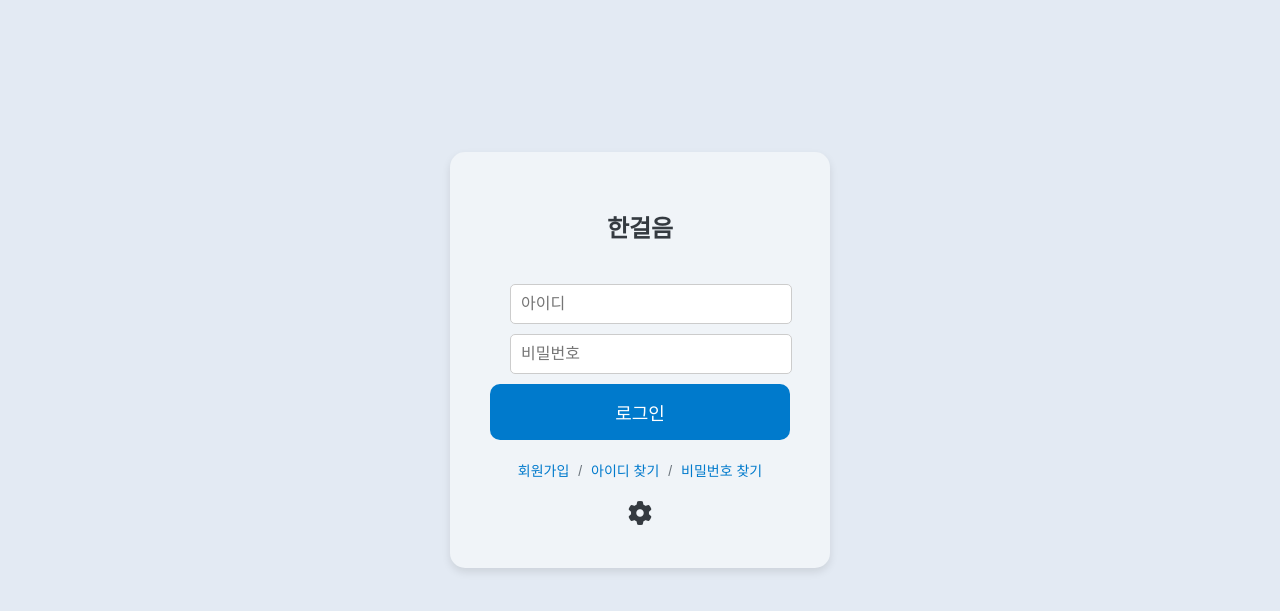
Repository: step-by-steps/step_by_steps_web
Page: http://localhost/login
The author's editor kept a copy of each file at every save. The page is drawn from the files as they stood at one save, then again after a run of saves.
The browser window is 1280 px wide. The pictures show the whole page.
The page is served by the project's application, run on Flask 3 (main.py).

Above is the page before, as saved 2024-08-07 18:33:20.

After the next 2 saves:
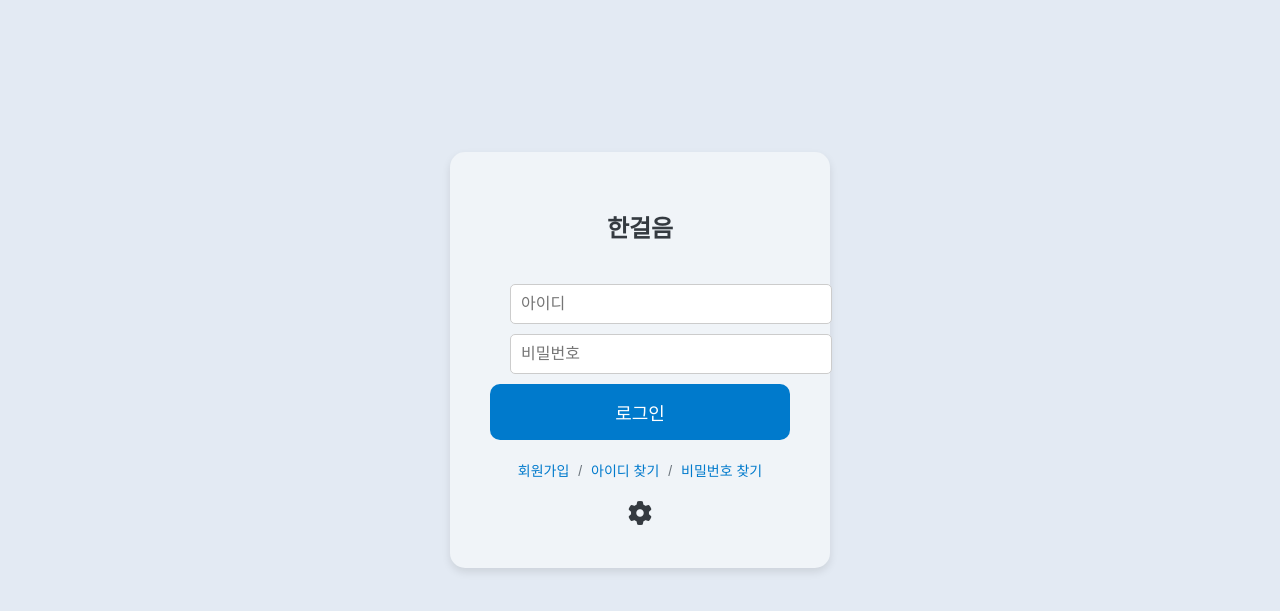
The 2 saves are shown as one change because they came seconds apart.
The last was saved 114 s later.
--- a/static/css/style.css
+++ b/static/css/style.css
@@ -74,7 +74,7 @@ a.btn:hover, button.btn:hover {
 
 .input-field {
     display: block;
-    width: calc(100% - 40px);
+    width: 100%;
     margin: 10px 20px;
     padding: 10px;
     border: 1px solid #ccc;
